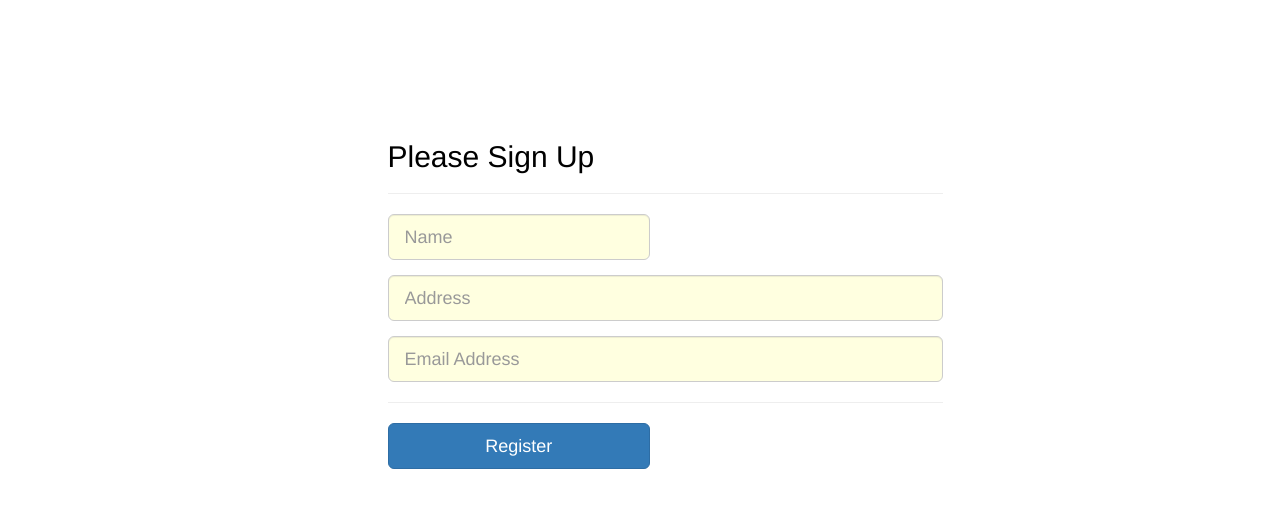
Repository: 123poornima/UpdatedSecondProject
Page: frontendPro/WebContent/_user/register.html
The author's editor kept a copy of each file at every save. The page is drawn from the files as they stood at one save, then again after the next save.
The browser window is 1280 px wide. The pictures show the whole page.

Above is the page before, as saved 2017-01-10 06:01:17.

After the next save:
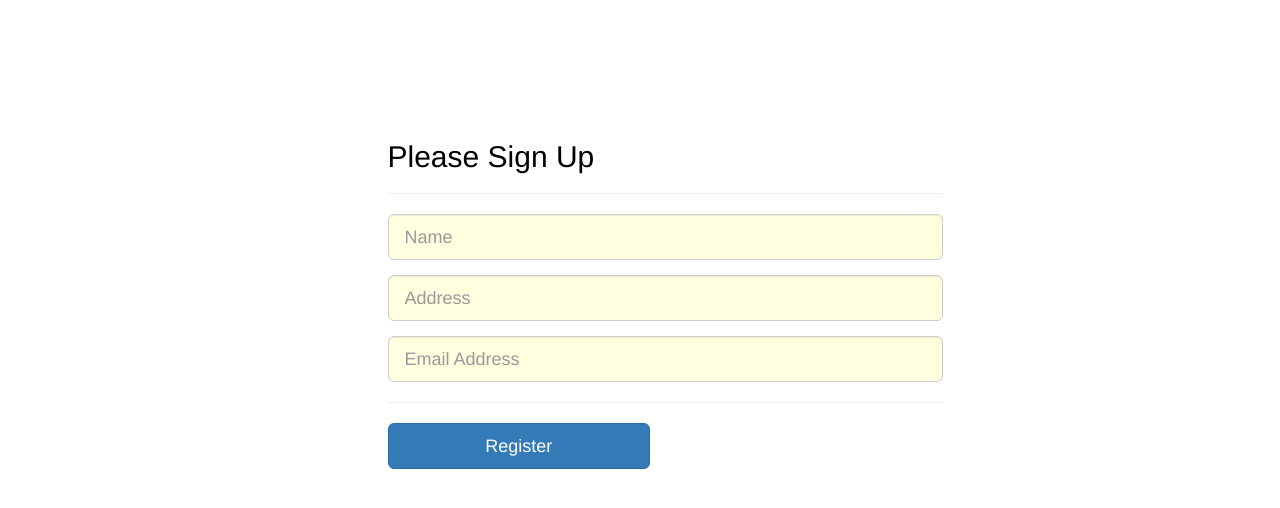
Saved 36 s later.
--- a/frontendPro/WebContent/_user/register.html
+++ b/frontendPro/WebContent/_user/register.html
@@ -28,14 +28,13 @@
 
        <h2 style="color:#000000;align:center">Please Sign Up</h2>
 		<hr class="colorgraph">
-       <div class="row">
-				<div class="col-xs-12 col-md-6">
+
 					<div class="form-group" >
                         <input style="background-color:#FFFFE0" required="true" ng-model="user.username" path="name" type="text" name="name" class="form-control input-lg" placeholder="Name" tabindex="1" />
 					</div>
-				</div>
 
-			</div>
+
+
 
 
 
